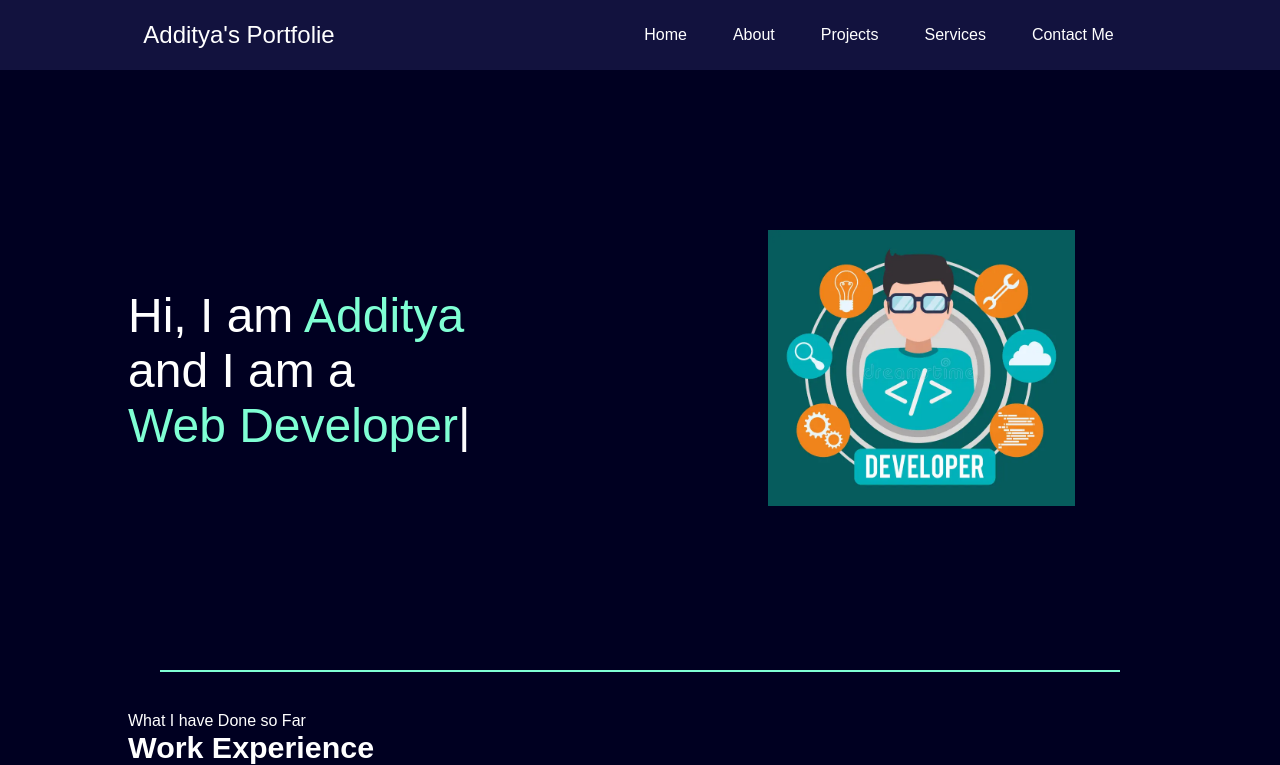
Repository: VictoriousMango/Portfolio
Page: index.html
These files come from the project's save history. The page is drawn as it stood at one moment and after the next save; the edit follows.
The browser window is 1280 px wide. The pictures show the whole page.

Above is the page before, as saved 2023-08-27 10:32:22.

After the next save:
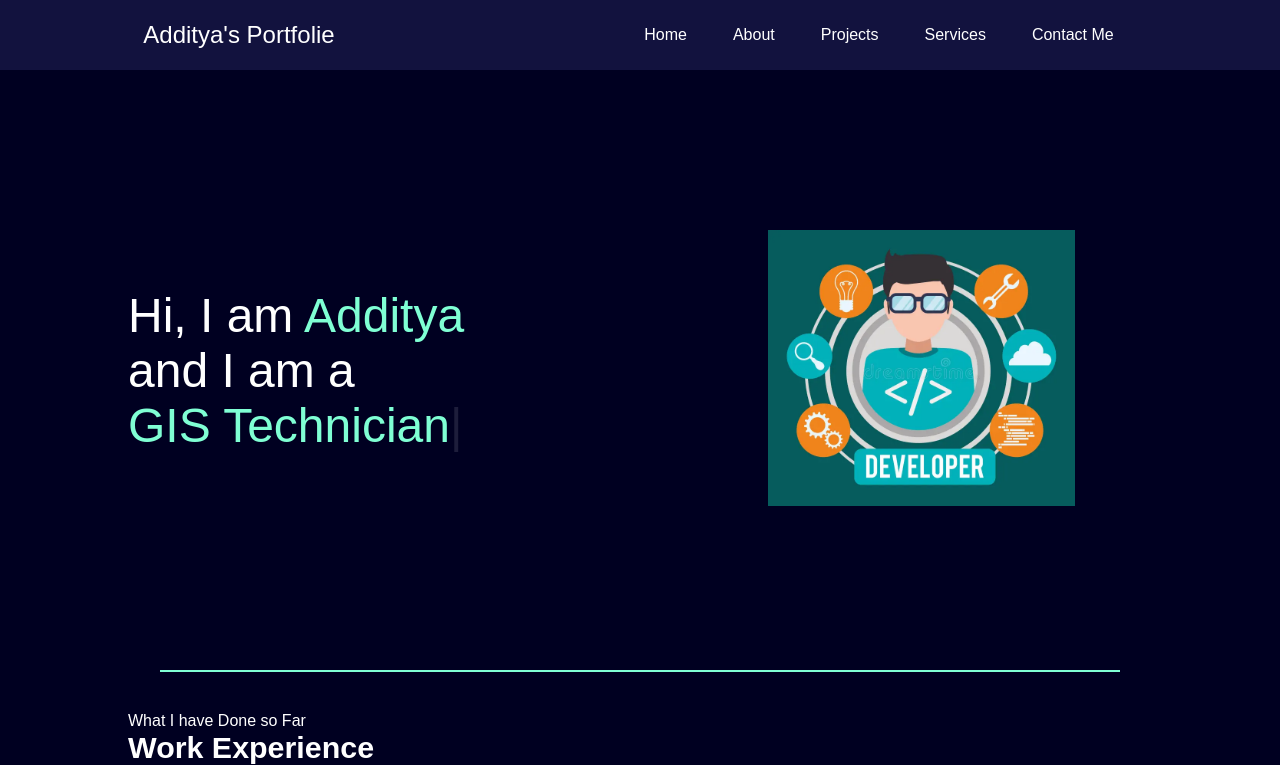
Saved 11 s later.
--- a/index.html
+++ b/index.html
@@ -134,7 +134,7 @@
             strings: ['Web Developer', 'GIS Technician', 'Spatial Data Scientist'],
             typeSpeed: 50,
             loop: true,
-            backDelay: 7000
+            backDelay: 3000
         });
     </script>
 </body>
